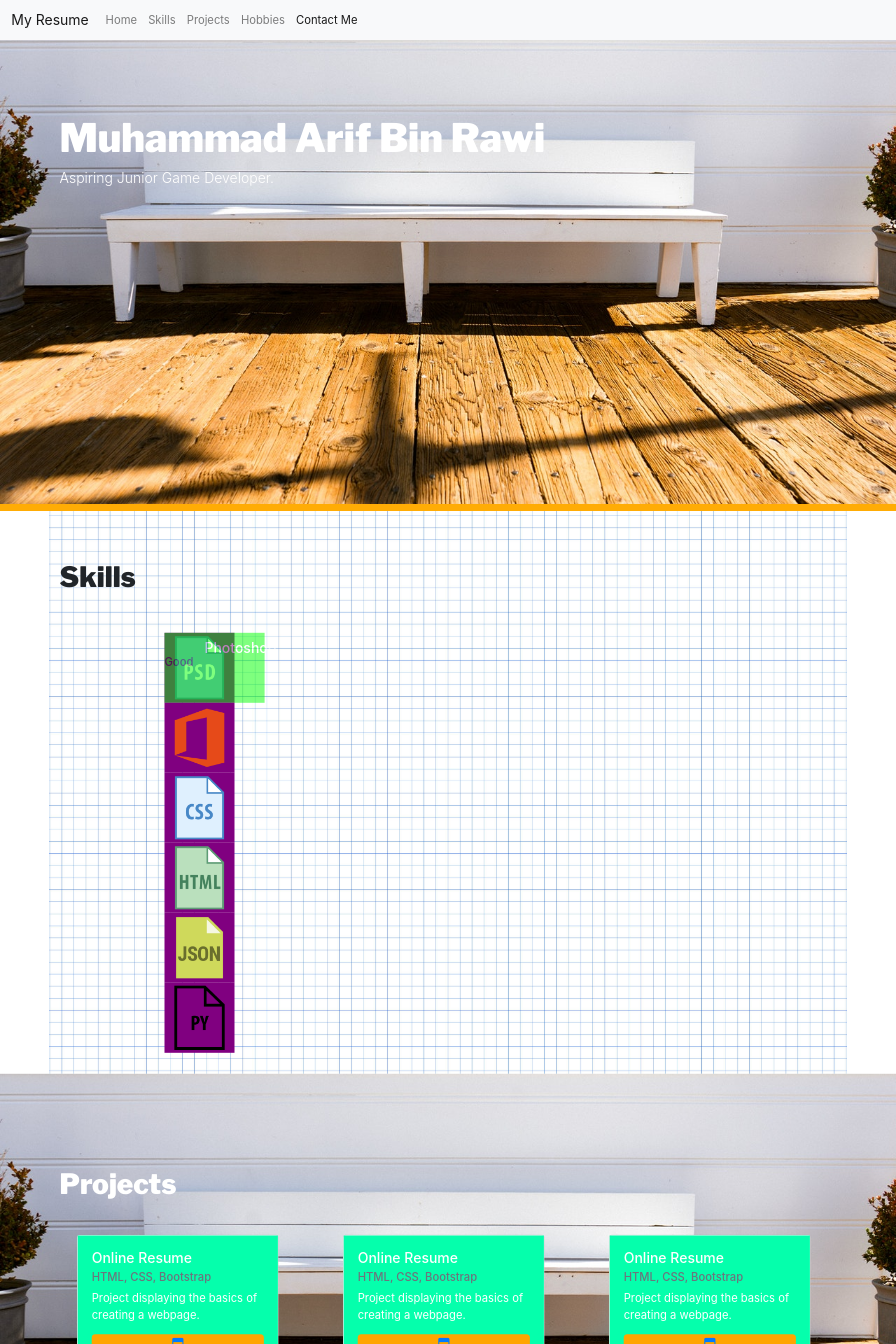
Repository: muhdarifrawi/resume-project
Page: index.html
The author's editor kept a record of every edit. The page is drawn from the files as they stood at one moment, then again after the next edit.
The browser window is 1280 px wide. The pictures show the part of the page from y = 0 to 1920 px (the page is 3769 px tall), at 70% of full size.
The pointer rests on the first visible `.ware`.
Some web libraries are served in a nearby version.

Above is the page before.

### index.html
<!doctype html>
<html lang="en">

<head>
    <!-- Required meta tags -->
    <meta charset="utf-8">
    <meta name="viewport" content="width=device-width, initial-scale=1, shrink-to-fit=no">
    <!-- Font Awesome script -->
    <script src="https://kit.fontawesome.com/00e1568e72.js"></script>
    <!-- GOOGLE font -->
    <link href="https://fonts.googleapis.com/css?family=Libre+Franklin:900&display=swap" rel="stylesheet">
    <!-- AOS script -->
    <link href="https://unpkg.com/aos@2.3.1/dist/aos.css" rel="stylesheet">

    <!-- Bootstrap CSS -->
    <link rel="stylesheet" href="https://stackpath.bootstrapcdn.com/bootstrap/4.3.1/css/bootstrap.min.css" integrity="sha384-ggOyR0iXCbMQv3Xipma34MD+dH/1fQ784/j6cY/iJTQUOhcWr7x9JvoRxT2MZw1T" crossorigin="anonymous">
    <link rel="stylesheet" href="style.css" type="text/css" />
    <title>Online Resume</title>
</head>

  <!-- scroll spy added to body section -->
<body data-spy="scroll" data-target="#navscroll" data-offset="100">
    <!-- Navbar starts here -->
    <nav id="navscroll" class="navbar fixed-top navbar-expand-lg navbar-light bg-light">
        <a class="navbar-brand" href="#">My Resume</a>
        <button class="navbar-toggler" type="button" data-toggle="collapse" data-target="#navbarSupportedContent" aria-controls="navbarSupportedContent" aria-expanded="false" aria-label="Toggle navigation">
    <span class="navbar-toggler-icon"></span>
  </button>

        <div class="collapse navbar-collapse" id="navbarSupportedContent">
            <ul class="navbar-nav mr-auto">
                <li class="nav-item">
                    <a class="nav-link" href="#home">Home <span class="sr-only">(current)</span></a>
                </li>
                <li class="nav-item">
                    <a class="nav-link" href="#skills">Skills</a>
                </li>

                <li class="nav-item">
                    <a class="nav-link" href="#projects">Projects</a>
                </li>

                <li class="nav-item">
                    <a class="nav-link" href="#hobbies">Hobbies</a>
                </li>

                <li class="nav-item">
                    <a class="nav-link" href="#contact">Contact Me</a>
                </li>

            </ul>

        </div>
    </nav>
    <!-- navbar ends here -->

    <!--Jumbotron -->
    <div class="jumbotron jumbotron-fluid" id="home">
        <div class="container">
            <h1 class="display-4">Muhammad Arif Bin Rawi</h1>
            <p class="lead">Aspiring Junior Game Developer. </p>
        </div>
    </div>

    <div class="orange strip"></div>

<div class="container" id="skills">

<h1>Skills</h1>
    <!-- created div to slot in AOS -->
   <div data-aos="fade-right" data-aos-offset="300" data-aos-easing="ease-in-sine">
        <!-- photoshop row -->
        <div class="row pt-md-5">
            <div class="col-lg-3 col-sm-6">
                <div class="ware">
                    <img src="image/icon/PS.png" alt="photoshop" class="rounded">
                    <div class="house">
                        <div class="text">
                            <h5>Photoshop</h5>
                        </div>
                        <div class="text2">
                            <h6>Good</h6>
                        </div>
                    </div>
                </div>
            </div>
            <div class="col-lg-9 col-sm-6">
                <div class="bar-mid"></div>
            </div>
        </div>

        <!-- ms office row -->
        <div class="row">
            <div class="col-lg-3 col-sm-6">
                <div class="ware">
                    <img src="image/icon/MSO.png" alt="MS Office" class="rounded">
                    <div class="house">
                        <div class="text">
                            <h5>MS Office</h5>
                        </div>
                        <div class="text2">
                            <h6>Advance</h6>
                        </div>
                    </div>
                </div>
            </div>
            <div class="col-lg-9 col-sm-6">
                <div class="bar-full"></div>
            </div>
        </div>

        <!-- CSS row -->
        <div class="row">
            <div class="col-lg-3 col-sm-6">
                <div class="ware">
                    <img src="image/icon/CSS.png" alt="CSS" class="rounded">
                    <div class="house">
                        <div class="text">
                            <h5>CSS</h5>
                        </div>
                        <div class="text2">
                            <h6>Good</h6>
                        </div>
                    </div>
                </div>
            </div>
            <div class="col-lg-9 col-sm-6">
                <div class="bar-mid"></div>
            </div>
        </div>

        <!-- HTML row -->
        <div class="row">
            <div class="col-lg-3 col-sm-6">
                <div class="ware">
                    <img src="image/icon/HTML.png" alt="HTML" class="rounded">
                    <div class="house">
                        <div class="text">
                            <h5>HTML</h5>
                        </div>
                        <div class="text2">
                            <h6>Good</h6>
                        </div>
                    </div>
                </div>
            </div>
            <div class="col-lg-9 col-sm-6">
                <div class="bar-mid"></div>
            </div>
        </div>

        <!-- Java row -->
        <div class="row">
            <div class="col-lg-3 col-sm-6">
                <div class="ware">
                    <img src="image/icon/JS.png" alt="Java" class="rounded">
                    <div class="house">
                        <div class="text">
                            <h5>Java</h5>
                        </div>
                        <div class="text2">
                            <h6>Basic</h6>
                        </div>
                    </div>
                </div>
            </div>
            <div class="col-lg-9 col-sm-6">
                <div class="bar-min"></div>
            </div>
        </div>

        <!-- Python row -->
        <div class="row">
            <div class="col-lg-3 col-sm-6">
                <div class="ware">
                    <img src="image/icon/PY.png" alt="Python" class="rounded">
                    <div class="house">
                        <div class="text">
                            <h5>Python</h5>
                        </div>
                        <div class="text2">
                            <h6>Basic</h6>
                        </div>
                    </div>
                </div>
            </div>
            <div class="col-lg-9 col-sm-6">
                <div class="bar-min"></div>
            </div>
        </div>
    </div>
</div>

    <!-- <div class="orange strip"></div> -->

<!--usage of jumbotron to overcome "no-stretch" problem -->
<div class="jumbotron jumbotron-fluid "  id="projects">
<div class="container">
        <h1>Projects</h1>
        <div class="row">
            <div class="col">
                <div class="card note" style="width: 18rem;">
                    <div class="card-body">
                        <h5 class="card-title">Online Resume</h5>
                        <h6 class="card-subtitle mb-2 text-muted">HTML, CSS, Bootstrap</h6>
                        <p class="card-text">Project displaying the basics of creating a webpage.</p>

                        <a href="https://muhdarifrawi.github.io/resume-project/" target="_blank" class="card-link">
                            <div class="rounded-box"><i class="far fa-window-maximize"></i></div></a>

                        <a href="https://github.com/muhdarifrawi/resume-project" target="_blank" class="card-link">
                            <div class="rounded-box"><i class="fab fa-github"></i></div></a>
                    </div>
                </div>
            </div>

            <div class="col">
                <div class="card note2" style="width: 18rem;">
                    <div class="card-body">
                        <h5 class="card-title">Online Resume</h5>
                        <h6 class="card-subtitle mb-2 text-muted">HTML, CSS, Bootstrap</h6>
                        <p class="card-text">Project displaying the basics of creating a webpage.</p>

                        <a href="https://muhdarifrawi.github.io/resume-project/" target="_blank" class="card-link">
                            <div class="rounded-box"><i class="far fa-window-maximize"></i></div></a>

                        <a href="https://github.com/muhdarifrawi/resume-project" target="_blank" class="card-link">
                            <div class="rounded-box"><i class="fab fa-github"></i></div></a>
                    </div>
                </div>
            </div>

            <div class="col">
                <div class="card note3" style="width: 18rem;">
                    <div class="card-body">
                        <h5 class="card-title">Online Resume</h5>
                        <h6 class="card-subtitle mb-2 text-muted">HTML, CSS, Bootstrap</h6>
                        <p class="card-text">Project displaying the basics of creating a webpage.</p>

                        <a href="https://muhdarifrawi.github.io/resume-project/" target="_blank" class="card-link">
                            <div class="rounded-box"><i class="far fa-window-maximize"></i></div></a>

                        <a href="https://github.com/muhdarifrawi/resume-project" target="_blank" class="card-link">
                            <div class="rounded-box"><i class="fab fa-github"></i></div></a>
                    </div>
                </div>
            </div>

        </div>

        <div class="row">
        <div class="col">
            <div class="card note3" style="width: 18rem;">
                <div class="card-body">
                    <h5 class="card-title">Online Resume</h5>
                    <h6 class="card-subtitle mb-2 text-muted">HTML, CSS, Bootstrap</h6>
                    <p class="card-text">Project displaying the basics of creating a webpage.</p>

                    <a href="https://muhdarifrawi.github.io/resume-project/" target="_blank" class="card-link">
                        <div class="rounded-box"><i class="far fa-window-maximize"></i></div></a>

                    <a href="https://github.com/muhdarifrawi/resume-project" target="_blank" class="card-link">
                        <div class="rounded-box"><i class="fab fa-github"></i></div></a>
                </div>
            </div>
        </div>

        <div class="col">
            <div class="card note" style="width: 18rem;">
                <div class="card-body">
                    <h5 class="card-title">Online Resume</h5>
                    <h6 class="card-subtitle mb-2 text-muted">HTML, CSS, Bootstrap</h6>
                    <p class="card-text">Project displaying the basics of creating a webpage.</p>

                    <a href="https://muhdarifrawi.github.io/resume-project/" target="_blank" class="card-link">
                        <div class="rounded-box"><i class="far fa-window-maximize"></i></div></a>

                    <a href="https://github.com/muhdarifrawi/resume-project" target="_blank" class="card-link">
                        <div class="rounded-box"><i class="fab fa-github"></i></div></a>
                </div>
            </div>
        </div>

        <div class="col">
            <div class="card note2" style="width: 18rem;">
                <div class="card-body">
                    <h5 class="card-title">Online Resume</h5>
                    <h6 class="card-subtitle mb-2 text-muted">HTML, CSS, Bootstrap</h6>
                    <p class="card-text">Project displaying the basics of creating a webpage.</p>

                    <a href="https://muhdarifrawi.github.io/resume-project/" target="_blank" class="card-link">
                        <div class="rounded-box"><i class="far fa-window-maximize"></i></div></a>

                    <a href="https://github.com/muhdarifrawi/resume-project" target="_blank" class="card-link">
                        <div class="rounded-box"><i class="fab fa-github"></i></div></a>
                </div>
            </div>
        </div>

    </div>

    </div>
</div>
<!-- <div class="orange strip"></div> -->

<div class="container" id="hobbies">
    <h1>Hobbies</h1>
    <div class="row">

        <div class="col-sm-6 col-md-4 ">
            <div class="col"><div class="thumb camping"></div></div>
        </div>
        <div class="col-sm-6 col-md-8">
            <div class="card">
                <div class="card-body">
                    <h3>
                      Outdoors
                      <small class="text-muted">Relaxing oneself with nature</small>
                    </h3>

                    <p>
                        Lorem ipsum dolor sit amet, consectetur adipiscing elit. Vestibulum a condimentum arcu. Nullam sed felis sed risus iaculis tincidunt. Nulla facilisi. Ut a dolor a massa pulvinar pretium id eget erat. Donec luctus tortor nec mauris pretium, non mollis nunc tristique. Curabitur tempor tempus leo at rutrum. Ut sit amet justo est. Suspendisse semper odio iaculis metus fringilla lacinia. Nullam a aliquam ex.
                    </p>
                </div>
            </div>
        </div>

    </div>

       <div class="row">

        <div class="col-sm-6 order-sm-2 col-md-4">
            <div class="col"><div class="thumb indoor"></div></div>

        </div>
        <div class="col-sm-6 order-sm-1 col-md-8">

            <div class="card">
                <div class="card-body">
                    <h3>
                    Indoors
                      <small class="text-muted">For those cosy days</small>
                    </h3>

                    <p>
                        Lorem ipsum dolor sit amet, consectetur adipiscing elit. Vestibulum a condimentum arcu. Nullam sed felis sed risus iaculis tincidunt. Nulla facilisi. Ut a dolor a massa pulvinar pretium id eget erat. Donec luctus tortor nec mauris pretium, non mollis nunc tristique. Curabitur tempor tempus leo at rutrum. Ut sit amet justo est. Suspendisse semper odio iaculis metus fringilla lacinia. Nullam a aliquam ex.
                    </p>
                </div>
            </div>

        </div>

    </div>

</div>

<div class="orange strip"></div>

<div class="container" id="contact">


<div class="row">


<!-- left column -->
<div class="col-sm-6 pl-4">
    <!-- top column -->
    <div class="row">
    <h1>Contact Me</h1>
    </div>

<!-- bottom column -->
<div class="row">
<div class="col">
<form>

    <div class="form-group">
        <label for="name">Name</label>
        <input type="text" class="form-control" id="form1" placeholder="Name" required>
    </div>

    <div class="form-group">
        <label for="email">Email Address</label>
        <input type="email" class="form-control" id="form1" placeholder="name@example.com" required>
    </div>


    <div class="form-group">
        <label for="Textarea">Comments</label>
        <textarea class="form-control" id="form1" rows="3" required></textarea>
    </div>

    <input class="btn btn-primary" type="submit" value="Submit">
</form>

</div>
</div>
</div>
<!-- right column-->
<div class="col-sm-6 pl-4">
    <!-- top column -->
    <div class="row">
    <h1>Follow Me</h1>
    </div>
<!--bottom column -->
<div class="col">
    <div class="row pt-3"></div>
    <div class="row">
        <div class="col"><a href="https://www.twitter.com/ArifRawi" target="_blank"><div class="rounded-box"><i class="fab fa-twitter"></i></div></a></div>
        <div class="col"><a href="https://github.com/muhdarifrawi" target="_blank"><div class="rounded-box"><i class="fab fa-github"></i></div></a></div>
        <div class="col"><a href="https://www.instagram.com/muhdarifrawi/" target="_blank"><div class="rounded-box"><i class="fab fa-instagram"></i></div></a></div>

    </div>
    <div class="row"></div>
</div>
</div>
</div>
</div>

<div class="orange banner">
    <div class="container" id="footer">

        <div class="row">

            <div class="col-sm-4 px-4">
                <h6>Acknowledgments</h6>
                    <p>Thank you to all that has helped and guided me in making this project work.</p>



            </div>

            <div class="col-sm-4 px-4">
                <h6>Disclaimer</h6>
                <p>This webpage is a work meant for education purposes only. </p>
            </div>

            <div class="col-sm-4 px-4">
                <h6>Copyright 2019, all rights reserved.</h6>
            </div>
        </div>

    </div>
</div>
    <!-- Optional JavaScript -->
    <!-- jQuery first, then Popper.js, then Bootstrap JS -->
    <script src="https://code.jquery.com/jquery-3.3.1.slim.min.js" integrity="sha384-q8i/X+965DzO0rT7abK41JStQIAqVgRVzpbzo5smXKp4YfRvH+8abtTE1Pi6jizo" crossorigin="anonymous"></script>
    <script src="https://cdnjs.cloudflare.com/ajax/libs/popper.js/1.14.7/umd/popper.min.js" integrity="sha384-UO2eT0CpHqdSJQ6hJty5KVphtPhzWj9WO1clHTMGa3JDZwrnQq4sF86dIHNDz0W1" crossorigin="anonymous"></script>
    <script src="https://stackpath.bootstrapcdn.com/bootstrap/4.3.1/js/bootstrap.min.js" integrity="sha384-JjSmVgyd0p3pXB1rRibZUAYoIIy6OrQ6VrjIEaFf/nJGzIxFDsf4x0xIM+B07jRM" crossorigin="anonymous"></script>
    <!--AOS script -->
    <script src="https://unpkg.com/aos@2.3.1/dist/aos.js"></script>

    <script>
        AOS.init();
    </script>
</body>

</html>

### style.css
html{
    width:100%;
    height:100%;

}

body{
    padding-top:30px;
    width:100%;
    height:100%;

}

.jumbotron{
    margin-bottom:0px;
}

.box{
    height:50px;
    width:50px;
}

.red{
    background-color:red;
}

.blue{
    background-color:blue;
}

.orange{
    background-color:rgba(255, 172, 5, 1);
}

.strip{
    width:100%;
    height:10px;
}

.banner{
    width:100%;
    height:300px;
}

.rect{
    width:100%;
    height:100%;
    padding:15px;
}

.container{
    padding-top:70px;
    padding-bottom:30px;
}

.shelf{
    height:100%;
    width:100%;
}

.col{
    padding:10px;
}

.card{
    margin:30px;
}


.jumbotron {
  background-image: url("image/bench.jpg");
  background-size: cover;
  /*this allows the image to stretch height to its max. needs html and body to be height:100% as well*/
  height:100%;

  color:white;
}

h1 {
font-family: 'Libre Franklin', sans-serif;
}

.card-body{
    background-color:rgb(5, 255, 172);
}

#footer{
    padding-bottom:0px;
    padding-left:0px;
    padding-right:0px;
    width:100%;
}

.btn-primary{
    background-color:rgb(255, 193, 100);
    border-color:rgb(255, 193, 100);

}

.btn-primary:hover {
    background-color:rgb(255, 234, 5);
    border-color:rgb(255, 234, 5);

}

.icon{
    height:60px;
}

#projects{
    background-image:url(image/bench.jpg);
}

#skills{
    background-image:url(image/graph.jpg);
    background-size:cover;

}

.rounded-box{
    background-color:orange;
    height:50px;
    border-radius:5px;
    text-align:center;
    border:1px;
    transition-duration:0.5s;
}

.rounded-box:hover{
    transition-duration:0.5s;
    background-color:rgb(255, 234, 5);
    border-color:rgb(255, 234, 5);
}

.fa-twitter{
    padding-top:5px;
    font-size:40px;
    color:white;
}

.fa-github{
    padding-top:5px;
    font-size:40px;
    color:white;
}

.fa-instagram{
    padding-top:5px;
    font-size:40px;
    color:white;
}

.follow{
    margin-top:50px;
}


.bar {
    width:0%;
    height:30px;
    background-color:blue;
    animation-name: grow;
    animation-duration: 4s;
    animation-fill-mode:forwards;
    /*transform:translate(0, 100%);*/
}

@keyframes grow{

    from{
        width:0%;
    }

    to{
        width:90%;
    }

}


.ware{
    background-color:purple;
    width:100px;
    height:100%;
    margin-left:150px;

}

.rounded{
    width:100%;
}

.house{
    background-color:lime;
    width:50%;
    height:100%;
    transform:translate(0,-100%);
    opacity:0;
    transition-duration:1s;
    position:absolute;
}

.ware:hover .house{
    opacity:0.5;
    cursor:pointer;
}

.text{
    color:white;
    font-size:12px;
    opacity:1;
    transform:translate(40%,40%);
}

After the next edit:
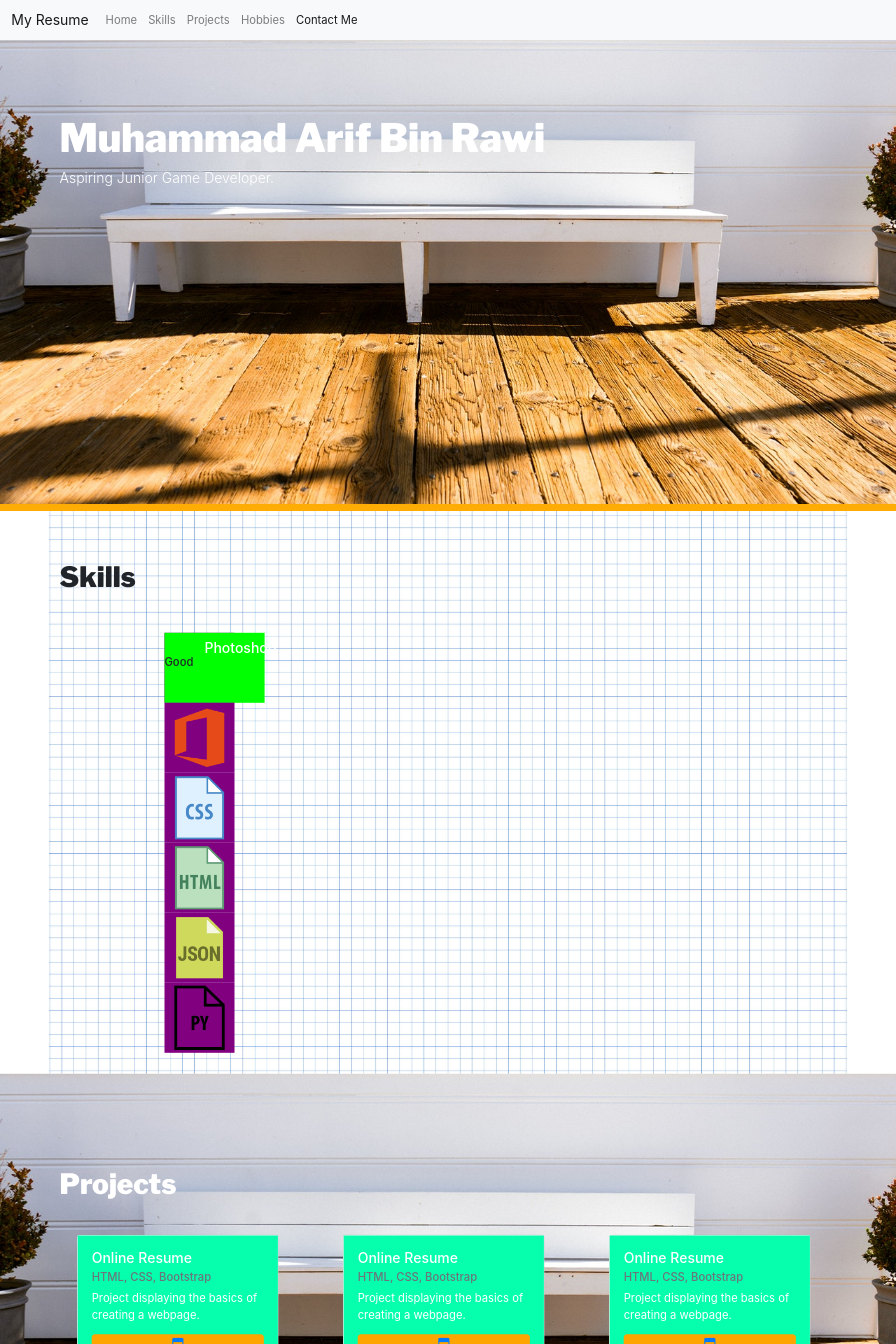
The edit:
--- a/style.css
+++ b/style.css
@@ -201,7 +201,7 @@
 }
 
 .ware:hover .house{
-    opacity:0.5;
+    opacity:1;
     cursor:pointer;
 }
 
